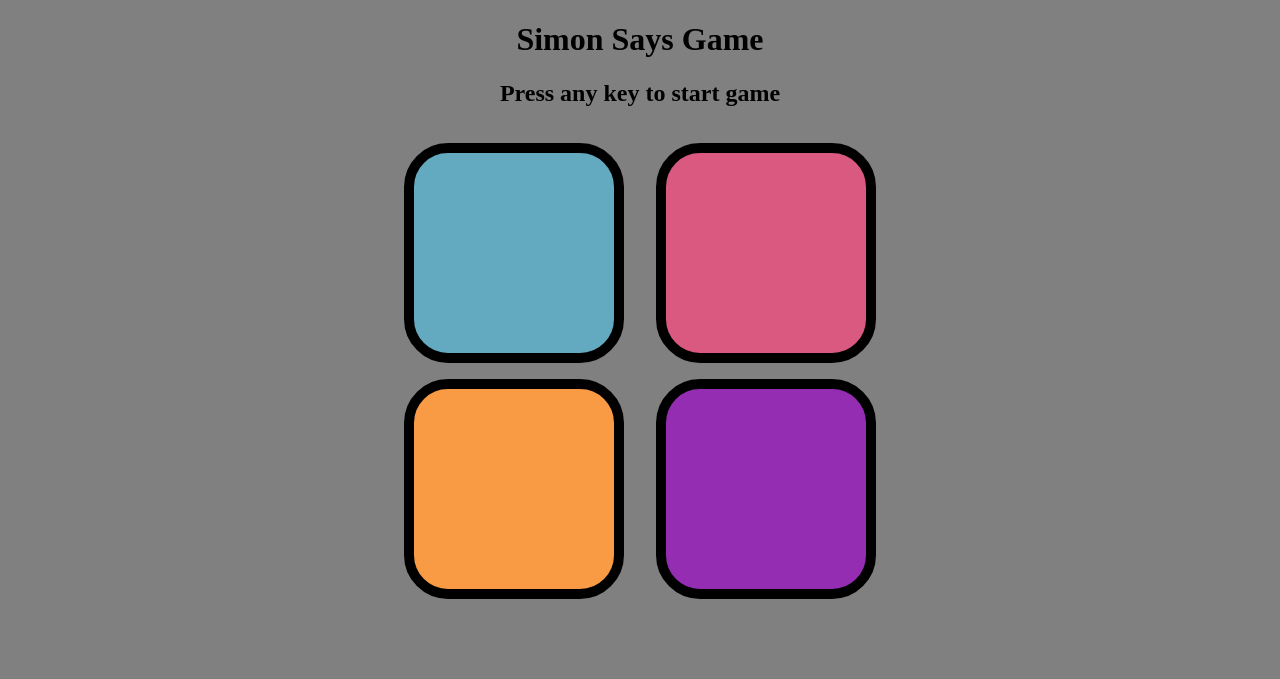
Repository: Ruchii02/javascript-mini-project
Page: index.html
An editor plug-in stored every save of this project. The page is shown before and after the next save, followed by the edit.
The browser window is 1280 px wide. The pictures show the whole page.

Above is the page before, as saved 2024-07-02 11:39:51.

After the next save:
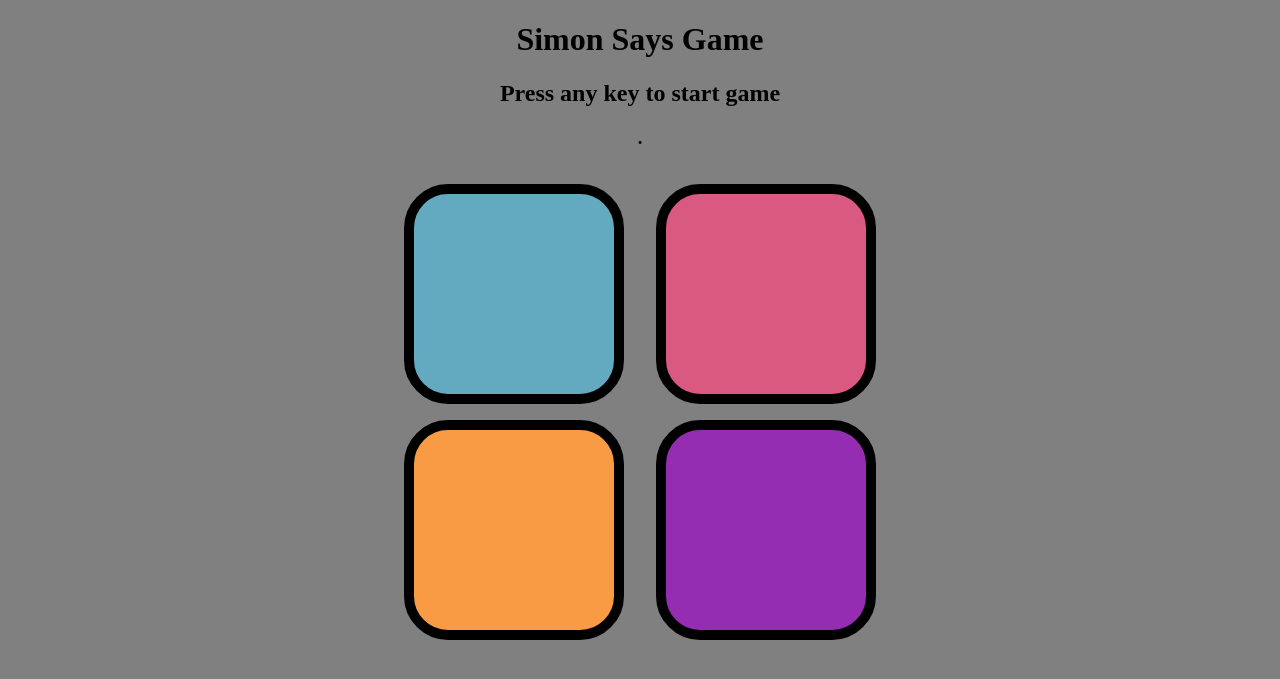
Saved 55 s later.
--- a/index.html
+++ b/index.html
@@ -9,8 +9,8 @@
 <body>
    <h1>Simon Says Game</h1>
    <h2>Press any key to start game</h2>
-   <h3><b></b></h3>
-   <h3></h3>
+   <h3><b>.</b></h3>
+
    <div class="btn-container">
     <div class="fline">
         <div class="btn green" type="button" id="green"></div>

After the 2 saves that followed:
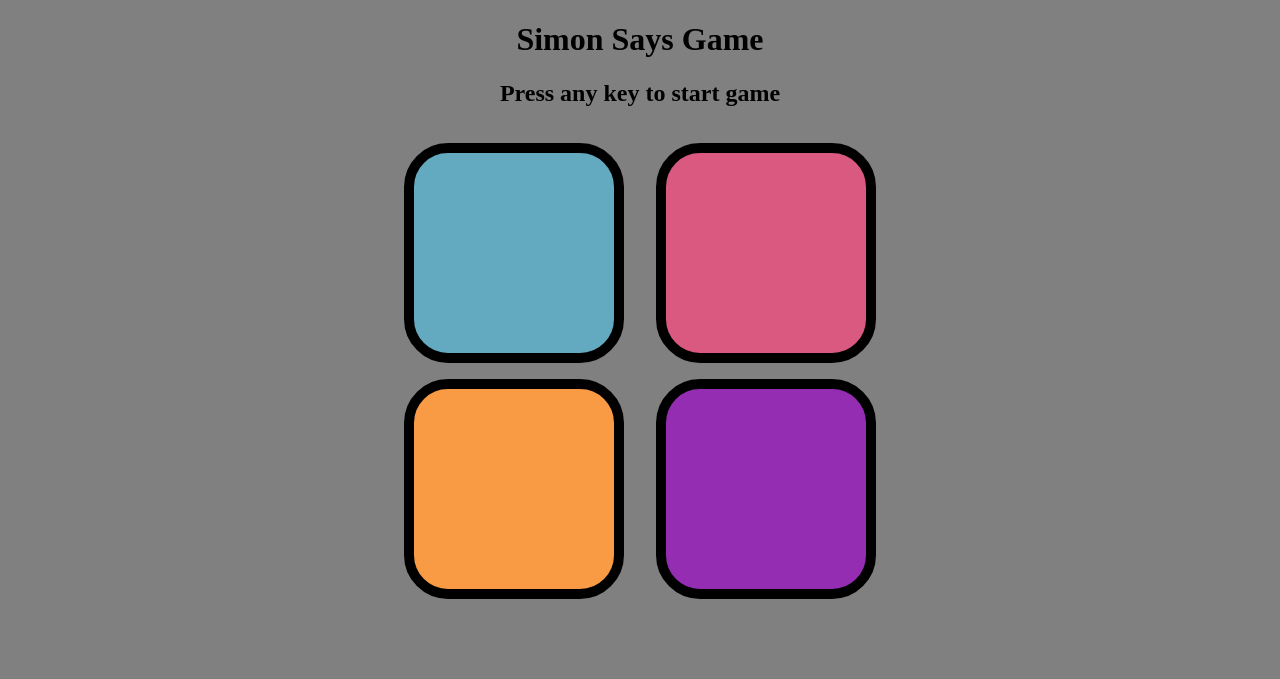
The 2 saves are shown as one change because 1 left the picture as it was.
The last was saved 43 s later.
--- a/index.html
+++ b/index.html
@@ -9,8 +9,6 @@
 <body>
    <h1>Simon Says Game</h1>
    <h2>Press any key to start game</h2>
-   <h3><b>.</b></h3>
-
    <div class="btn-container">
     <div class="fline">
         <div class="btn green" type="button" id="green"></div>
--- a/app.js
+++ b/app.js
@@ -49,7 +49,6 @@ let h2= document.querySelector("h2");
        }
       }else{
         h2.innerText   = `Game Over!<br> Your score was :<b> ${level}</b> <br>Press any key to start`;
-        h3.innerText = `Your score was: ${level}`;
         document.querySelector("body").style.backgroundColor = "red";
         setTimeout(function(){
           document.querySelector("body").style.backgroundColor = "gray";
